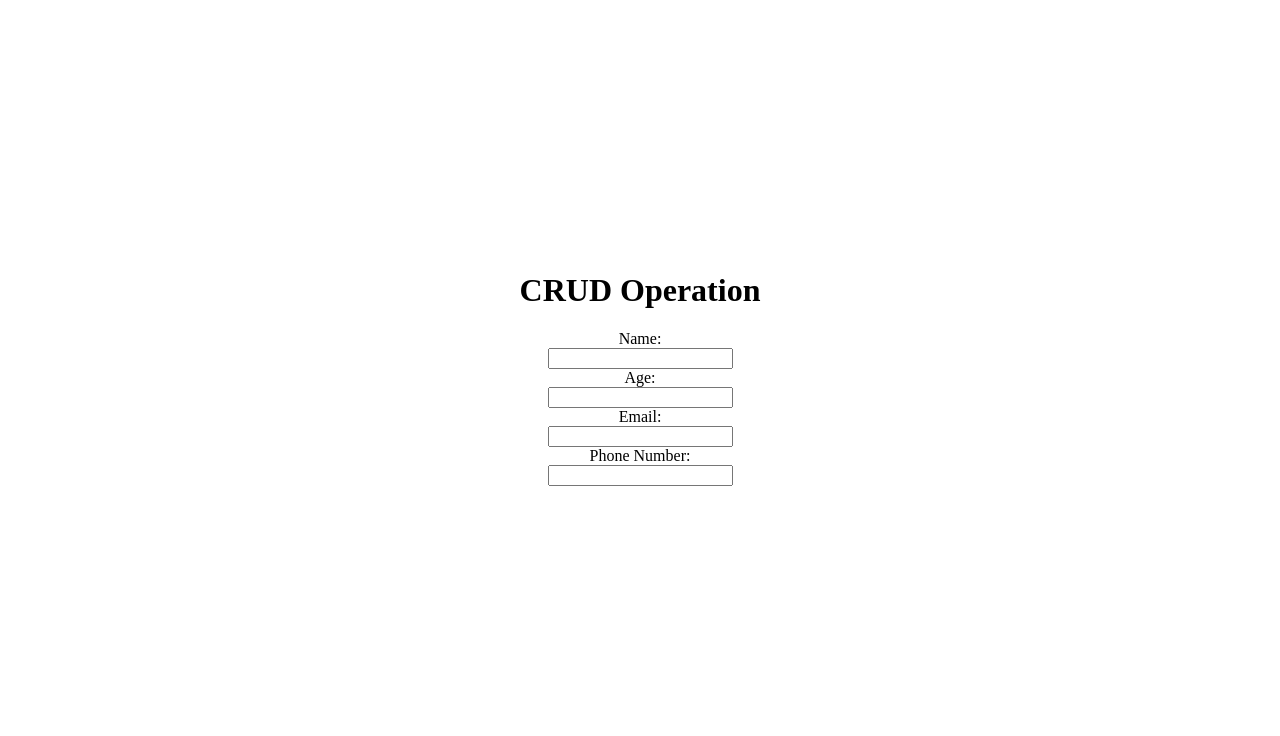
Repository: Josephkennedy603/CRUD-Operation
Page: /
An editor plug-in stored every save of this project. The page is shown before and after the next save, followed by the edit.
The browser window is 1280 px wide. The pictures show the whole page.
The project was rebuilt for these pictures with package versions that can differ from the ones it lists, and the page was loaded fresh each time. Also part of the build but not shown: src/index.css.

Above is the page before, as saved 2024-03-02 20:28:52.

After the next save:
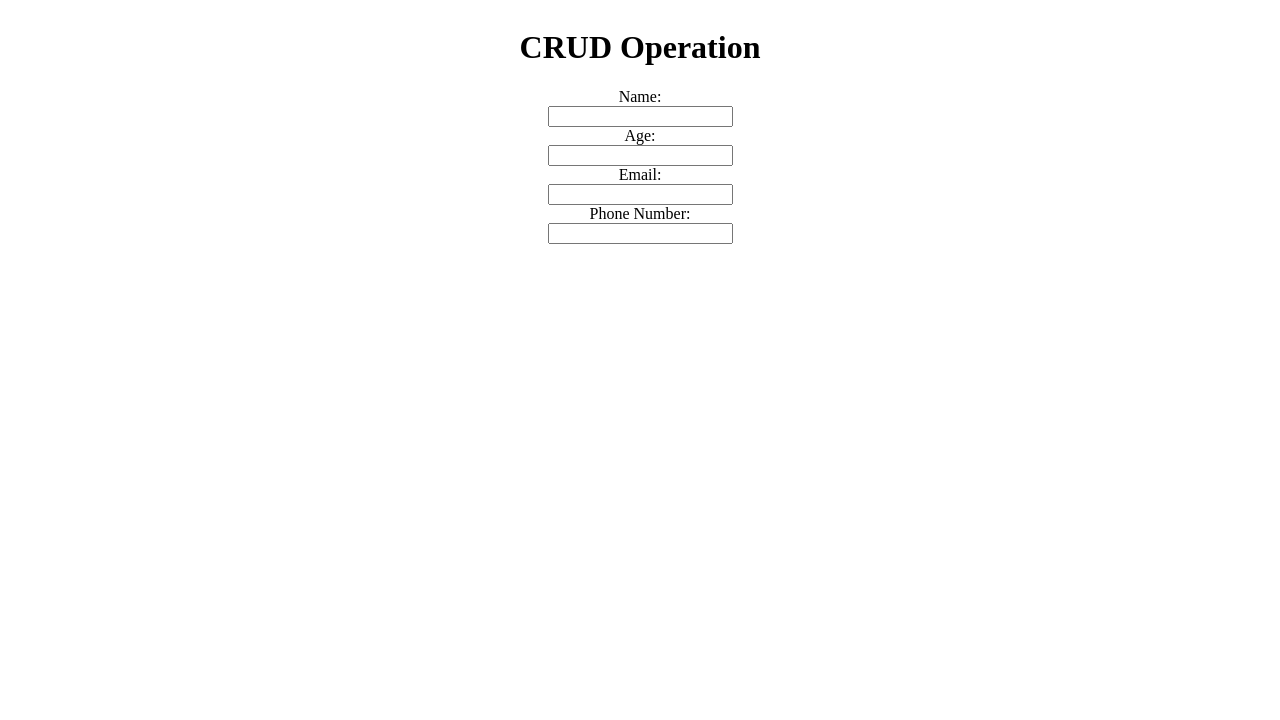
Saved 46 s later.
--- a/src/App.css
+++ b/src/App.css
@@ -1,9 +1,8 @@
 .main-container {
   display: flex;
   flex-direction: column;
+  justify-content: center;
   align-items: center;
-  justify-content: center;
-  height: 100vh;
 }
 
 .main-container form {

After the save that followed:
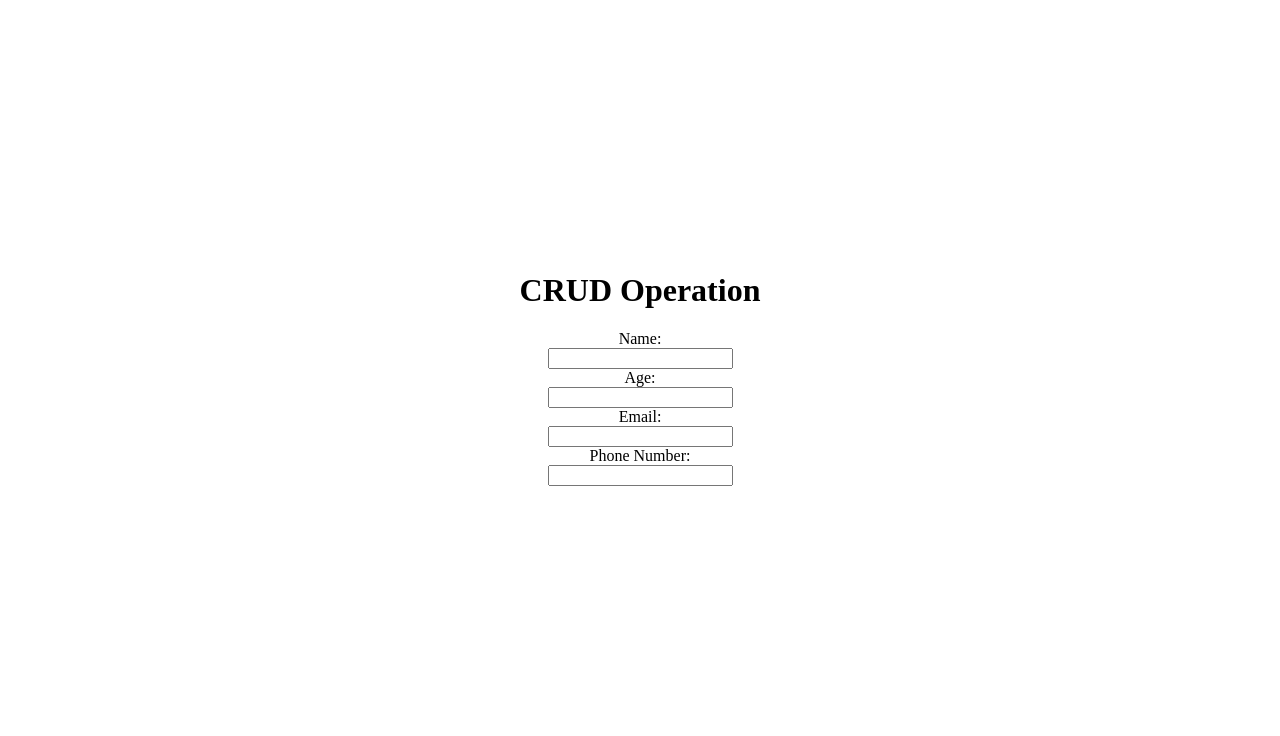
Saved 12 s later.
--- a/src/App.css
+++ b/src/App.css
@@ -3,6 +3,8 @@
   flex-direction: column;
   justify-content: center;
   align-items: center;
+
+  height: 100vh;
 }
 
 .main-container form {
